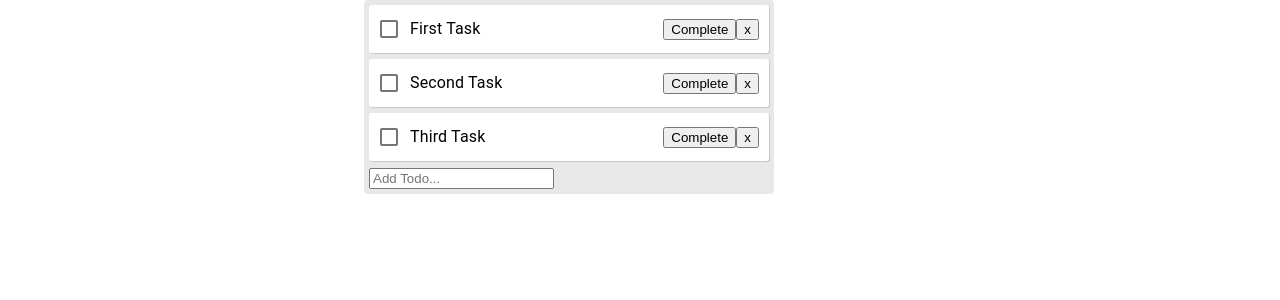
Repository: raphaelconstantino/todo-instances
Page: /
These files come from the project's save history. The page is drawn as it stood at one moment and after the next save; the edit follows.
The browser window is 1280 px wide. The pictures show the whole page.
The project was rebuilt for these pictures with package versions that can differ from the ones it lists, and the page was loaded fresh each time.

Above is the page before, as saved 2019-10-18 13:32:00.

### src/App.js
import React, { useState } from 'react';
import Container from '@material-ui/core/Container';
import FormControlLabel from '@material-ui/core/FormControlLabel';
import Checkbox from '@material-ui/core/Checkbox';

import './App.css'

function Todo({ todo, index, completeTodo, deleteTodo }) {
  return (
    <div className="todo">
      <FormControlLabel control={<Checkbox checked={todo.isCompleted} value={todo.text} />} label={todo.text} />
      <div>
        <button onClick={() => completeTodo(index)}>Complete</button>
        <button onClick={() => deleteTodo(index)}>x</button>
      </div>
    </div>
  )
}

function TodoForm({ addTodo }) {
  const [value, setValue] = useState('');

  const handleSubmit = e => {
    e.preventDefault();
    if (!value) return;
    addTodo(value);
    setValue('');
  }

  return (
    <form onSubmit={handleSubmit}>
      <input type="text" placeholder="Add Todo..." className="input" value={value} onChange={e => setValue(e.target.value)} />
    </form>
  )
}

function App() {
  const [todos, setTodos] = useState([
    {
      text: "First Task",
      isCompleted: false
    },
    {
      text: "Second Task",
      isCompleted: false
    },
    {
      text: "Third Task",
      isCompleted: false
    }
  ]);

  const addTodo = text => {
    const newTodos = [...todos, { text }];
    setTodos(newTodos)
  }

  const completeTodo = index => {
    const newTodos = [...todos];
    newTodos[index].isCompleted = true;
    setTodos(newTodos);
  }

  const deleteTodo = index => {
    const newTodos = [...todos];
    newTodos.splice(index, 1)
    setTodos(newTodos);
  }

  return (
    <Container maxWidth="sm">
      <div className="app">
        <div className="todo-list">
          {
            todos.map((todo, index) => (
              <Todo key={index} index={index} todo={todo} completeTodo={completeTodo} deleteTodo={deleteTodo} />
            ))
          }
          <TodoForm addTodo={addTodo} />
        </div>
      </div>
    </Container>
  )
}

export default App;

### src/App.css
.todo-list {
  background: #e8e8e8;
  border-radius: 4px;
  padding: 5px;
  max-width: 400px;
}

.todo {
  background: #fff;
  box-shadow: 1px 1px 1px rgba(0, 0, 0, 0.15);
  padding: 3px 10px;
  font-size: 12px;
  margin-bottom: 6px;
  border-radius: 3px;
  display: flex;
  align-items: center;
  justify-content: space-between;
}

Loaded but not shown: public/index.html (common file); src/index.js (common file); src/index.css (common file); src/serviceWorker.js (common file)

After the next save:
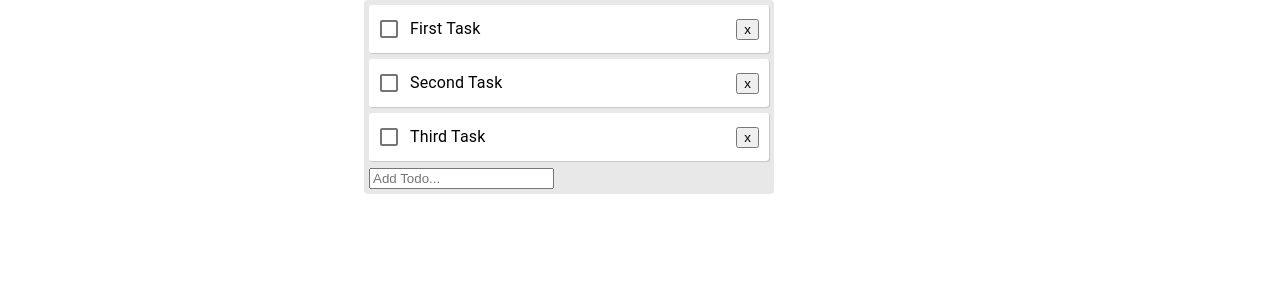
Saved 85 s later.
--- a/src/App.js
+++ b/src/App.js
@@ -5,12 +5,18 @@ import Checkbox from '@material-ui/core/Checkbox';
 
 import './App.css'
 
-function Todo({ todo, index, completeTodo, deleteTodo }) {
+function Todo({ todo, index, changeTodoState, deleteTodo }) {
   return (
     <div className="todo">
-      <FormControlLabel control={<Checkbox checked={todo.isCompleted} value={todo.text} />} label={todo.text} />
+      <FormControlLabel control={
+        <Checkbox
+          checked={todo.isCompleted}
+          value={todo.text}
+          onChange={() => changeTodoState(index)}
+        />}
+        label={todo.text}
+      />
       <div>
-        <button onClick={() => completeTodo(index)}>Complete</button>
         <button onClick={() => deleteTodo(index)}>x</button>
       </div>
     </div>
